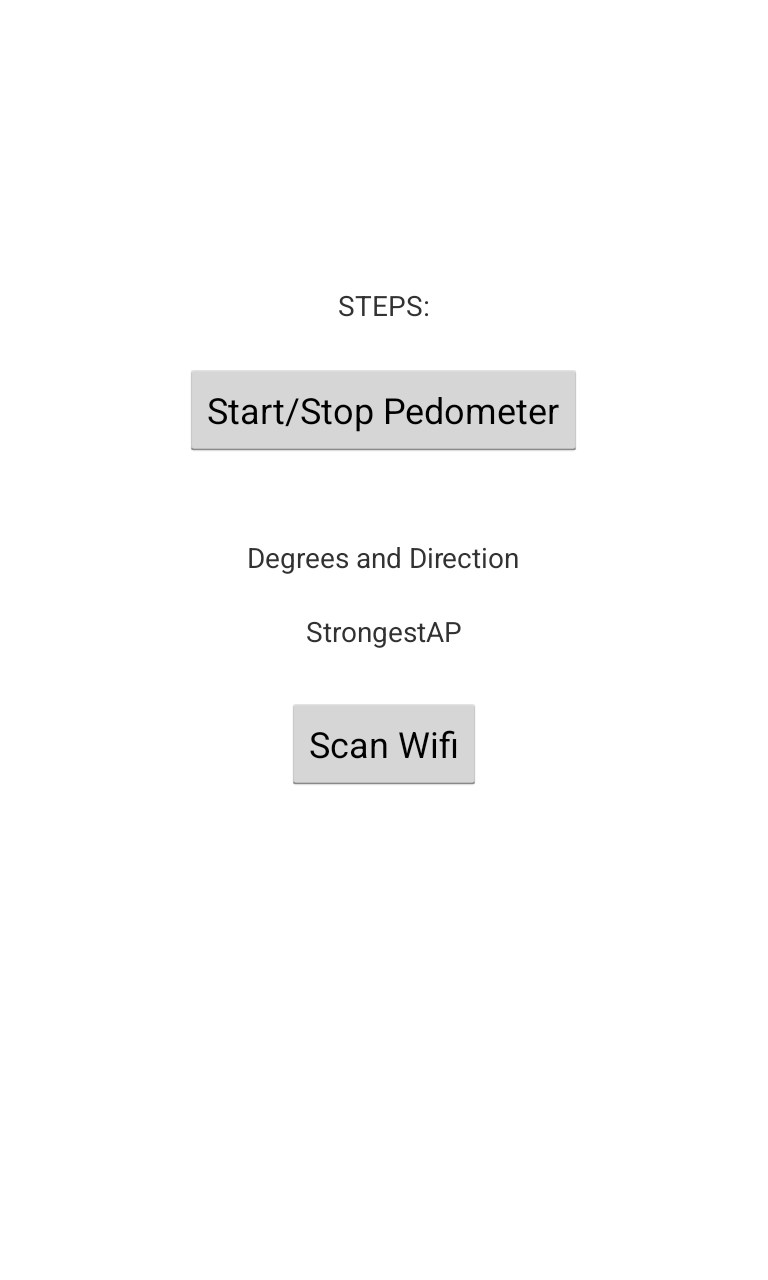
Repository: harrisonyu/Android-Pedometer
Layout: mp1/res/layout/activity_main.xml
The author's editor kept a copy of each file at every save. The layout is drawn from the files as they stood at one save, then again after the next save.
It is drawn on a 768 x 1280 px phone screen (xhdpi) without system bars, with theme AppTheme; the app's code is not run.

Above is the layout before, as saved 2013-10-19 20:53:42.

After the next save:
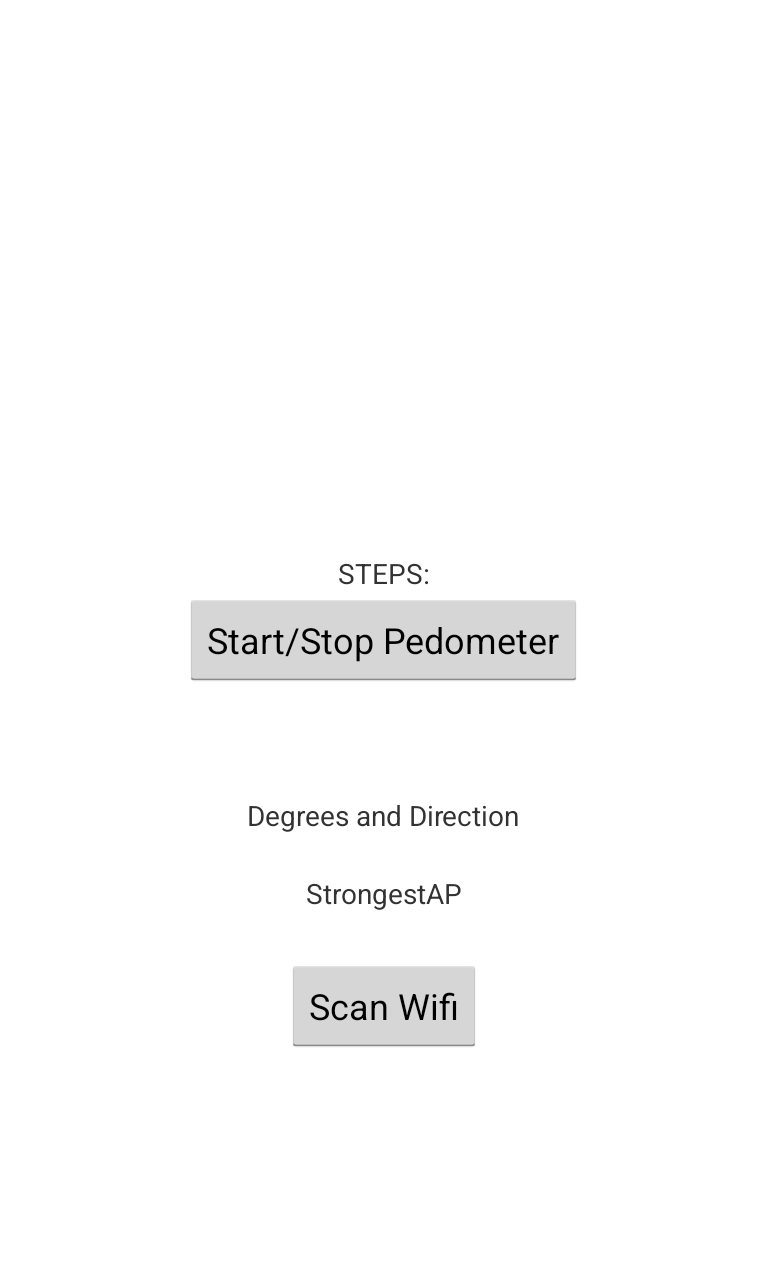
Saved 66 s later.
--- a/mp1/res/layout/activity_main.xml
+++ b/mp1/res/layout/activity_main.xml
@@ -7,6 +7,14 @@
     android:paddingRight="@dimen/activity_horizontal_margin"
     android:paddingTop="@dimen/activity_vertical_margin"
     tools:context=".MainActivity" >
+
+    <Button
+        android:id="@+id/button1"
+        android:layout_width="wrap_content"
+        android:layout_height="wrap_content"
+        android:layout_centerHorizontal="true"
+        android:layout_centerVertical="true"
+        android:text="@string/start_pedometer" />
 
 <!--
      <TextView
@@ -30,39 +38,29 @@
         android:text="Scan Wifi" />
 
     <TextView
+        android:id="@+id/wifi"
+        android:layout_width="wrap_content"
+        android:layout_height="wrap_content"
+        android:layout_below="@+id/direction"
+        android:layout_centerHorizontal="true"
+        android:layout_marginTop="20dp"
+        android:text="StrongestAP" />
+
+    <TextView
         android:id="@+id/direction"
         android:layout_width="wrap_content"
         android:layout_height="wrap_content"
         android:layout_below="@+id/button1"
         android:layout_centerHorizontal="true"
-        android:layout_marginTop="40dp"
+        android:layout_marginTop="54dp"
         android:text="Degrees and Direction" />
-
-    <TextView
-        android:id="@+id/wifi"
-        android:layout_width="wrap_content"
-        android:layout_height="wrap_content"
-        android:layout_below="@+id/direction"
-        android:layout_centerHorizontal="true"
-        android:layout_marginTop="18dp"
-        android:text="StrongestAP" />
-
-    <Button
-        android:id="@+id/button1"
-        android:layout_width="wrap_content"
-        android:layout_height="wrap_content"
-        android:layout_alignParentTop="true"
-        android:layout_centerHorizontal="true"
-        android:layout_marginTop="165dp"
-        android:text="@string/start_pedometer" />
 
     <TextView
         android:id="@+id/num_steps"
         android:layout_width="wrap_content"
         android:layout_height="wrap_content"
-        android:layout_alignBottom="@+id/button1"
+        android:layout_above="@+id/button1"
         android:layout_centerHorizontal="true"
-        android:layout_marginBottom="67dp"
         android:text="@string/steps" />
 
 </RelativeLayout>
